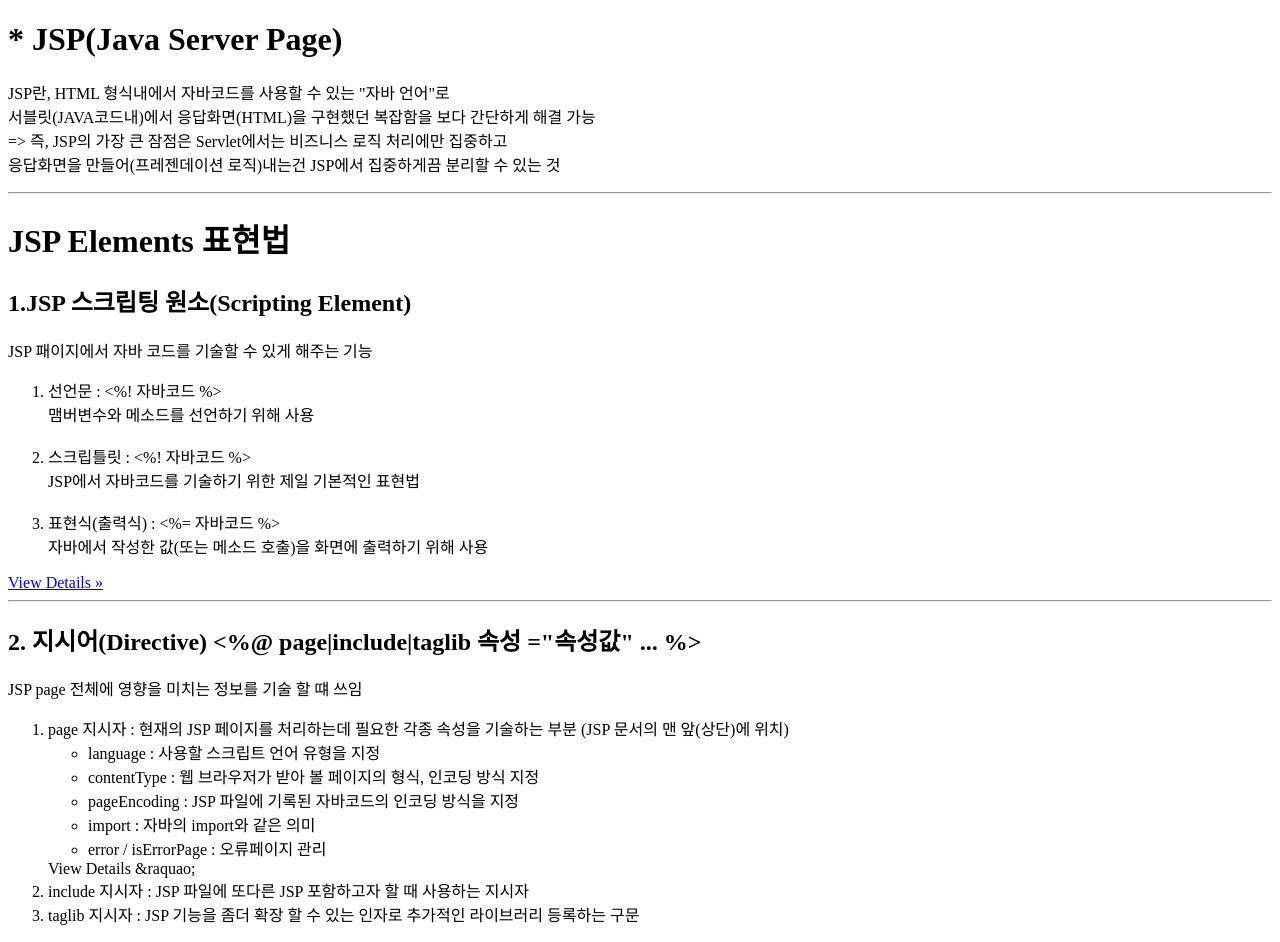
Repository: BrianH29/BH_webserver_workspace1
Page: webserver_workspace1/2_JSP/WebContent/index.html
An editor plug-in stored every save of this project. The page is shown before and after the next save, followed by the edit.
The browser window is 1280 px wide. The pictures show the whole page.

Above is the page before, as saved 2020-08-31 02:15:48.

After the next save:
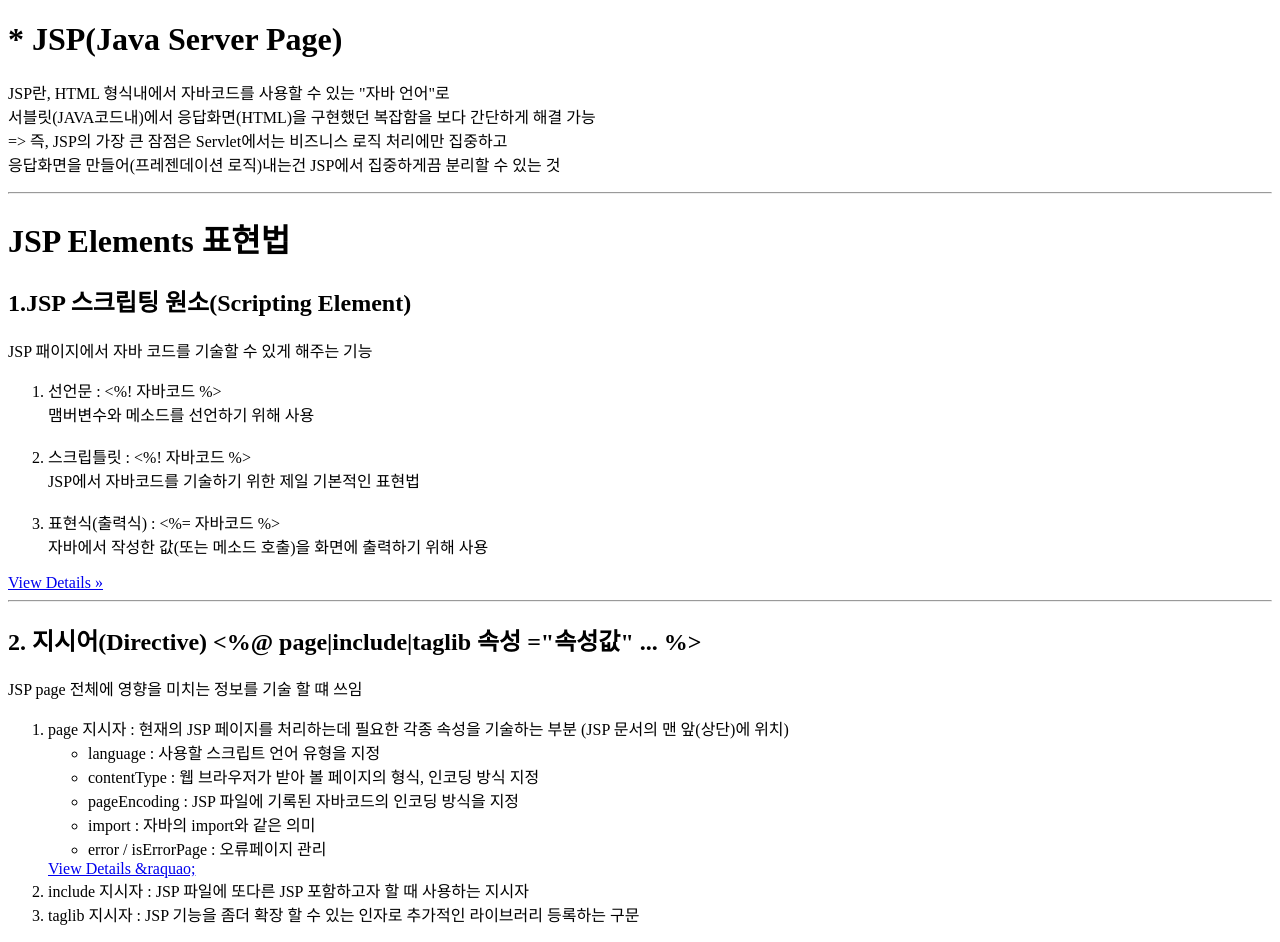
Saved 33 s later.
--- a/webserver_workspace1/2_JSP/WebContent/index.html
+++ b/webserver_workspace1/2_JSP/WebContent/index.html
@@ -56,7 +56,7 @@
 				<li>import : 자바의 import와 같은 의미</li>
 				<li>error / isErrorPage : 오류페이지 관리</li>
 			</ul>
-			<a>View Details &raquao;</a>
+			<a href="views/02_directivePage.jsp">View Details &raquao;</a>
 		</li>
 		<li>
 			include 지시자 : JSP 파일에 또다른 JSP 포함하고자 할 때 사용하는 지시자<br>
